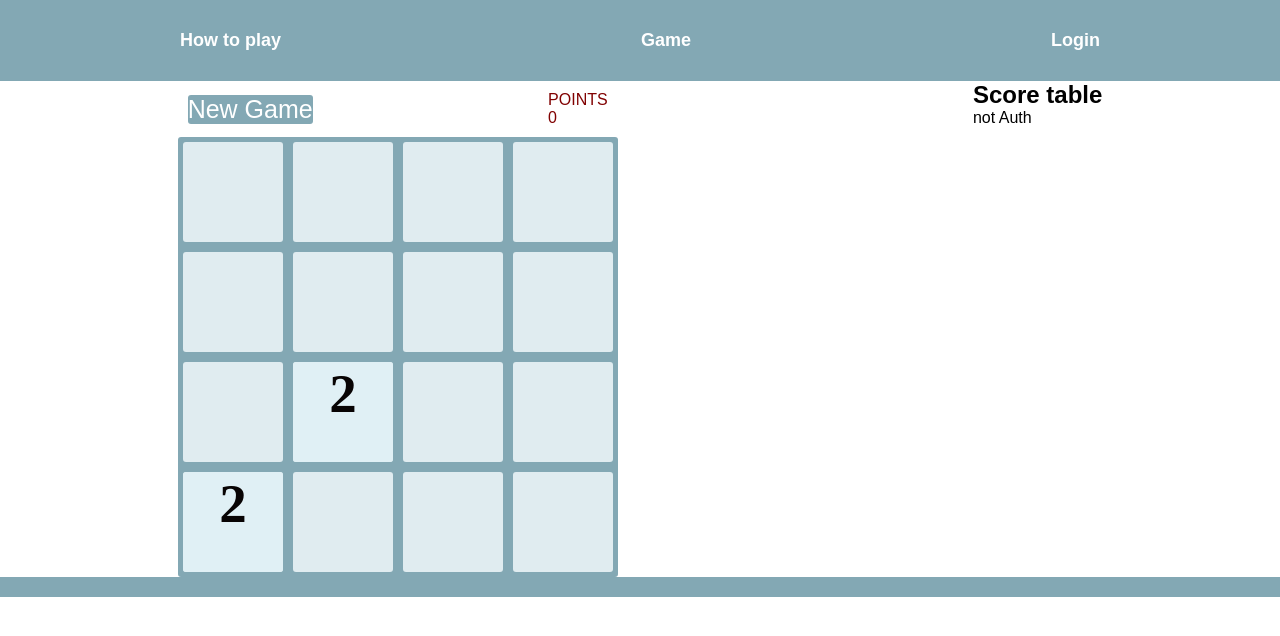
Repository: nika-otter/2048
Page: / (app in client/)
An editor plug-in stored every save of this project. The page is shown before and after the next save, followed by the edit.
The browser window is 1280 px wide. The pictures show the whole page.
The project was rebuilt for these pictures with package versions that can differ from the ones it lists, and the page was loaded fresh each time. Also part of the build but not shown: client/src/App.css, client/src/components/Login/LoginForm.js, client/src/pages/account/index.jsx, client/src/components/Game/GameOverlay.jsx, client/src/pages/Instruction/index.jsx, client/src/pages/Login/index.jsx. Imported but missing from the stored project, and not drawn on this page: client/src/components/InstructionPage/InstructionPage.

Above is the page before, as saved 2023-04-30 14:18:18.

### client/src/index.js
import React from "react";
import ReactDOM from "react-dom/client";
import "./index.css";
import App from "./App";
import { BrowserRouter } from "react-router-dom";
import Store from "./store/store";

const store = new Store();

export const Context = React.createContext({
  store,
});

const root = ReactDOM.createRoot(document.getElementById("root"));
root.render(
  <Context.Provider value={{ store }}>
    <BrowserRouter>
      <App />
    </BrowserRouter>
  </Context.Provider>
);

### client/src/index.css
* {
  box-sizing: border-box;
  margin: 0;
  padding: 0;
}
#root {
  width: 100vw;
  /* background-color: aquamarine; */
}

body {
  /* background-color: #ffffff;
  display: flex;
  justify-content: center;
  align-items: center;
  height: 100vh; */
}

code {
  font-family: source-code-pro, Menlo, Monaco, Consolas, "Courier New",
    monospace;
}

### client/src/App.js
import { useContext, useEffect, useState } from "react";
import "./App.css";
import LoginForm from "./components/Login/LoginForm";
import AppRouter from "./router/AppRouter";
import { Context } from "./index";
import { observer } from "mobx-react-lite";
import UserService from "./services/UserService";
function App() {
  // const { store } = useContext(Context);
  // const [users, setUsers] = useState([]);
  // useEffect(() => {
  //   if (localStorage.getItem("token")) {
  //     // console.log(localStorage.getItem("token"));
  //     store.checkAuth();
  //   }
  // }, []);

  // if (store.isLoading) {
  //   return <div>Loading...</div>;
  // }
  // async function getUsers() {
  //   try {
  //     const response = await UserService.fetchUsers();
  //     setUsers(response.data);
  //     console.log(response);
  //     setUsers(response.data);
  //   } catch {}
  // }
  return (
    <div className="App">
      <AppRouter />
      {/* <h1>{store.isAuth ? `User: ${store.user.email}` : "Not Auth"}</h1>
      <h1>
        {" "}
        {store.user.isActivated ? `Activated` : "Go and activate your email"}
      </h1>
      <button onClick={() => store.logout()}>Logout</button>
      <button onClick={getUsers}>Get users</button>
      {users.map((user) => (
        <div key={user.email}>{user.email}</div>
      ))}      */}
      {/* <LoginForm /> */}
    </div>
  );
}

export default observer(App);

### client/src/store/store.js
import { makeAutoObservable } from "mobx";
import AuthService from "../services/AuthService";
import axios from "axios";
import { API_URL } from "../http";
import UserService from "../services/UserService";

export default class Store {
  user = {};
  isAuth = false;
  isLoading = false;
  scores = {};
  constructor() {
    makeAutoObservable(this);
  }
  setAuth(bool) {
    this.isAuth = bool;
  }
  setUser(user) {
    this.user = user;
  }

  setLoading(bool) {
    this.isLoading = bool;
  }

  setScores(scores) {
    this.scores = scores;
  }

  async login(email, password) {
    console.log("login");
    try {
      const response = await AuthService.login(email, password);
      console.log(response);
      localStorage.setItem("token", response.data.accessToken);
      this.setAuth(true);
      this.setUser(response.data.user);
      console.log(response.data.user);
    } catch (e) {
      console.log(e.response?.data?.message);
    }
  }

  async registration(email, password) {
    try {
      const response = await AuthService.registration(email, password);
      console.log(response);
      localStorage.setItem("token", response.data.accessToken);
      this.setAuth(true);
      this.setUser(response.data.user);
    } catch (e) {
      console.log(e.response?.data?.message);
    }
  }

  async logout() {
    try {
      const response = await AuthService.logout();
      console.log(response);
      localStorage.removeItem("token", response.data.accessToken);
      this.setAuth(false);
      this.setUser({});
    } catch (e) {
      console.log(e.response?.data?.message);
    }
  }

  async checkAuth() {
    console.log("checkAuth");
    this.setLoading(true);
    try {
      const response = await axios.get(`${API_URL}/refresh`, {
        withCredentials: true,
      });
      console.log(response, "response checkAuth");
      console.log(
        response.data.accessToken,
        "response.data.accessToken checkAuth"
      );
      localStorage.setItem("token", response.data.accessToken);

      this.setAuth(true);
      this.setUser(response.data.user);
    } catch (e) {
      console.log(e.response?.data?.message);
    } finally {
      this.setLoading(false);
    }
  }

  async saveScore(email, score) {
    try {
      const response = await UserService.updateScore(email, score);
      //   this.scores = response.data.user.scores;
      console.log(response.data.user.scores);
    } catch (e) {
      console.log(e.response?.data?.message);
    }
  }
  async getScores(email) {
    this.setLoading(true);
    try {
      const response = await UserService.getScores(email);
      console.log(response, "response getScores store");
      this.setScores(response.data.user.scores);
      //   console.log(response.data.user.scores);
    } catch (e) {
      console.log(e.response?.data?.message);
    } finally {
      // this.setLoading(false);
    }
  }
}

### client/src/router/AppRouter.jsx
import { Routes, Route } from "react-router-dom";
import Account from "../pages/Account";
import Game from "../pages/Game";
import Instruction from "../pages/Instruction";
import Login from "../pages/Login";

const AppRouter = () => {
  return (
    <Routes>
      {/* <Route path="/game" element={<Game />} /> */}
      {/* <Route path="/account" element={<Account />} /> */}
      <Route path="/how-to-play" element={<Instruction />} />
      <Route path="/" element={<Game />} />
      <Route path="/login" element={<Login />} />
    </Routes>
  );
};

export default AppRouter;

### client/src/services/UserService.js
import $api from "../http";
export default class UserService {
  static fetchUsers() {
    return $api.get("/users");
  }

  static updateScore(email, score) {
    return $api.post(`/score`, { email, score });
  }

  static async getScores(email) {
    return $api.post(`/scores`, { email });
  }
}

### client/src/services/AuthService.js
import $api from "../http";
export default class AuthService {
  static async login(email, password) {
    return $api.post("/login", { email, password });
  }
  static async registration(email, password) {
    return $api.post("/registration", { email, password });
  }
  static async logout() {
    return $api.post("/logout");
  }
}

### client/src/http/index.js
import axios from "axios";

export const API_URL = "http://localhost:5000/api";

const $api = axios.create({
  withCredentials: true,
  baseURL: API_URL,
});

$api.interceptors.request.use((config) => {
  config.headers.Authorization = `Bearer ${localStorage.getItem("token")}`;
  return config;
});

$api.interceptors.response.use(
  (config) => {
    return config;
  },
  async (error) => {
    const originalRequest = error.config;
    if (
      error.response.status === 401 &&
      error.config &&
      !error.config._isRetry
    ) {
      originalRequest._isRetry = true;
      try {
        const response = await axios.get(`${API_URL}/refresh`, {
          withCredentials: true,
        });
        console.log(response, "response http");
        localStorage.setItem("token", response.data.accessToken);
        return $api.request(originalRequest);
      } catch (e) {
        console.log(e);
        console.log("НЕ АВТОРИЗОВАН");
      }
    }
    throw error;
  }
);
export default $api;

### client/src/pages/Game/index.jsx
import Header from "../../components/Header/Header";
import Footer from "../../components/Footer/Footer";
import GamePage from "../../components/GamePage/GamePage";

function Game() {
  return (
    <>
      <Header />
      <GamePage />
      <Footer />
    </>
  );
}

export default Game;

### client/src/components/Footer/Footer.jsx
import classes from "./Footer.module.scss";

function Footer() {
  return <footer className={classes.footer}></footer>;
}

export default Footer;

### client/src/components/Header/Header.jsx
import { Link } from "react-router-dom";
import classes from "./Header.module.scss";

function Header() {
  return (
    <header className={classes.header}>
      <Link className={classes.link} to="/how-to-play">
        How to play
      </Link>
      <Link className={classes.link} to="/">
        Game
      </Link>
      <Link className={classes.link} to="/login">
        Login
      </Link>
    </header>
  );
}

export default Header;

### client/src/components/GamePage/GamePage.jsx
import { Link } from "react-router-dom";
import classes from "./GamePage.module.scss";
import ScoreTable from "../ScoreTable/ScoreTable";
import BoardView from "../Game/Board";

function GamePage() {
  return (
    <div className={classes.gamepage}>
      <BoardView />
      <ScoreTable />
    </div>
  );
}

export default GamePage;

### client/src/components/Footer/Footer.module.scss
.footer {
  flex: 0 0 auto;
  height: 20px;
  background-color: rgb(131, 168, 180);
  width: 100%;
}

### client/src/components/Header/Header.module.scss
.header {
  display: flex;
  justify-content: space-around;
  background-color: #83a8b4;
  width: 100%;
}
.link {
  color: white;
  text-decoration: none;
  font-size: large;
  margin-top: 20px;
  margin-bottom: 20px;
  padding: 10px;
  font-weight: bold;
  border-radius: 5px;
  &:hover {
    color: rgb(106, 134, 144);
    background-color: rgb(255, 255, 255);
  }
}

### client/src/components/GamePage/GamePage.module.scss
.gamepage {
  display: flex;
  justify-content: space-around;
  //   background-color: aquamarine;
}

### client/src/components/ScoreTable/ScoreTable.jsx
import { useContext, useEffect, useState } from "react";
import classes from "./ScoreTable.module.scss";
import { Context } from "../..";
import UserService from "../../services/UserService";
import { observer } from "mobx-react-lite";

function ScoreTable() {
  // const { store } = useContext(Context);
  // const [scores, setScores] = useState([]);

  // useEffect(() => {
  //   if (localStorage.getItem("token")) {
  //     console.log(localStorage.getItem("token"), "token from login index.jsx");
  //     store.checkAuth();
  //     getScores(store.user.email);
  //   }
  //   console.log(store.user.email, "store.user.email in ScoreTable.jsx");
  // }, []);

  // const getScores = async (email) => {
  //   console.log(email, "email in ScoreTable.jsx");
  //   try {
  //     const response = await UserService.getScores(email);
  //     setScores(response.data.scores, "response from getScores ScoreTable.jsx");
  //     console.log(response);
  //   } catch {
  //     console.log("Error");
  //   }
  // };
  // console.log(scores, "store.user in ScoreTable.jsx");

  const { store } = useContext(Context);
  // const [scores, setScores] = useState([]);
  // console.log(store.user.scores, "store.user from login index.jsx");
  useEffect(() => {
    const checkAuth = async () => {
      if (localStorage.getItem("token")) {
        console.log(
          localStorage.getItem("token"),
          "token from login index.jsx"
        );
        await store.checkAuth();
      }
    };
    checkAuth();
    console.log(store.user.email, "store.user.email in ScoreTable.jsx");
    // getScores(store.user.email);
  }, []);

  // async function getScores(email) {
  //   console.log(email, "email from getScores");
  //   try {
  //     const response = await UserService.getScores(email);
  //     // setUsers(response.data);
  //     console.log(response, "response from getScores");
  //     // console.log(response.data.data.user.scores, "response.data.user.scores");
  //     // setScores(response.data.scores);
  //   } catch (e) {
  //     console.log(e, "Error");
  //   }
  // }
  if (store.isLoading) {
    console.log(store.isLoading, "store.isLoading");
    return <div>Loading...</div>;
  }
  return (
    <div className={classes.footer}>
      <h2>Score table</h2>
      {/* <button onClick={() => getScores(store.user.email)}>Get scores</button> */}
      {/* {store.isAuth ? (
        scores.map((score) => <div key={score}>{score}</div>)
      ) : (
        <div>loading</div>
      )} */}
      <ul>
        {store.isAuth ? (
          store.user.scores
            .map((score) => ({
              score,
              id: Math.random(),
            }))
            .sort((a, b) => b.score - a.score)
            .map((item) => <li key={item.id}>{item.score}</li>)
        ) : (
          <div>not Auth</div>
        )}
      </ul>

      {/* <button onClick={getScores}>dddmdmd</button> */}

      {/* {scores.map((score) => (
        <div>{score}</div>
      ))} */}
    </div>
  );
}

export default observer(ScoreTable);

### client/src/components/Game/Board.jsx
import React, { useContext, useState } from "react";
import Tile from "./Tile";
import Cell from "./Cell";
import { Board } from "../../helper";
import useEvent from "../../hooks/useEvent";
import GameOverlay from "./GameOverlay";
import "./Board.scss";
import { Context } from "../..";
import UserService from "../../services/UserService";
const BoardView = () => {
  const { store } = useContext(Context);
  const [board, setBoard] = useState(new Board());

  const handleKeyDown = (event) => {
    if (board.hasWon()) {
      return;
    } //потім вернути треба

    if (event.keyCode >= 37 && event.keyCode <= 40) {
      let direction = event.keyCode - 37;
      let boardClone = Object.assign(Object.create(board), board);
      // let boardClone = Object.assign(
      //   Object.create(Object.getPrototypeOf(board)),
      //   board
      // ); // теж саме що і вище
      let newBoard = boardClone.move(direction);
      setBoard(newBoard);
    }
  };

  useEvent("keydown", handleKeyDown);

  const cells = board.cells.map((row, rowIndex) => {
    return (
      <div key={rowIndex}>
        {row.map((col, colIndex) => {
          return <Cell key={rowIndex * board.size + colIndex} />;
        })}
      </div>
    );
  }); //робить клітинки нічого серйозного

  const tiles = board.tiles
    .filter((tile) => tile.value !== 0)
    .map((tile, index) => {
      return <Tile tile={tile} key={index} />;
    });

  const saveScore = async (email, score) => {
    try {
      const response = await UserService.updateScore(email, score);
      console.log(response, "response from saveScore ");
    } catch {
      console.log("Error");
    }
  };
  const resetGame = () => {
    console.log(
      store.user.email,
      board.score,
      "store.user.email board.score from BoardView.jsx"
    );
    saveScore(store.user.email, board.score);
    setBoard(new Board());
  };

  return (
    <div>
      <div className="details-box">
        <div className="resetButton" onClick={resetGame}>
          New Game
        </div>
        <div className="score-box">
          <div className="score-header">POINTS</div>
          <div>{board.score}</div>
        </div>
      </div>
      <div className="board">
        {cells}
        {tiles}
        <GameOverlay onRestart={resetGame} board={board} />
      </div>
    </div>
  );
};

export default BoardView;

### client/src/components/Game/Tile.jsx
import React from "react";
// import classes from "./Board.scss";
import "./Board.scss";
// import "./styles.scss";

const Tile = ({ tile, id }) => {
  console.log("tile");
  let classArray = ["tile"];
  classArray.push("tile" + tile.value);
  if (!tile.mergedInto) {
    classArray.push(`position_${tile.row}_${tile.column}`);
  }
  if (tile.mergedInto) {
    classArray.push("merged");
  }
  if (tile.isNew()) {
    classArray.push("new");
  }

  if (tile.hasMoved()) {
    classArray.push(`row_from_${tile.fromRow()}_to_${tile.toRow()}`);
    classArray.push(`column_from_${tile.fromColumn()}_to_${tile.toColumn()}`);
    classArray.push("isMoving");
  }
  //   if (tile.isRandom()) {
  //     classArray.push("random");
  //   }

  let styles = classArray.join(" ");
  return <span className={styles}>{tile.value}</span>;
};

export default Tile;

### client/src/components/Game/Cell.jsx
import React from "react";

const Cell = ({ id }) => {
  return <span className="cell"></span>;
};

export default Cell;

### client/src/hooks/useEvent.jsx
import { useEffect } from "react";

export default function useEvent(event, handler, passive = false) {
  useEffect(() => {
    window.addEventListener(event, handler, passive);

    return function cleanUp() {
      window.removeEventListener(event, handler, passive);
    };
  });
}

### client/src/components/Game/Board.scss
// @font-face {
//   font-family: "Clear Sans";
//   src: url("../src/clear-sans.ttf") format("truetype");
// }

body {
  display: flex;
  //   background: rgb(2,0,36);
  // background: linear-gradient(90deg, rgba(2,0,36,1) 0%, rgba(87,64,124,1) 47%, rgba(0,212,255,1) 100%);
  //   color: white;
  // flex-direction: column;
  // justify-content: center;
  // align-content: center;
  // align-items: center;
  font-family: "Clear Sans", sans-serif;
  // font-size: 21px;
}

.text {
  // order: 2;
  // padding-top: 40px;
  // width: 440px;
  // font-weight: bold;
}
// main {
//   min-height: 90vh;
// }

// .wrapper {
//   display: flex;
//   flex-direction: column;
//   height: 100%;
// }
// .content {
//   flex: 1 0 auto;
// }
// .footer {
//   flex: 0 0 auto;
// }

.board {
  // order: 1;
  // display: inline-block;

  display: block;
  // justify-content: center;
  margin-left: auto;
  margin-right: auto;
  width: 440px;
  height: 440px;
  // padding: 5px; //вернути треба
  background-color: rgb(131, 168, 180);
  border-radius: 3px;
  // outline: none;
  position: relative;
}

// .board .cell,
// .tile {
//   // user-select: none;
//   // cursor: default;
// }

.details-box {
  display: flex;
  align-items: center;
  padding: 10px;
  justify-content: space-between;
}

.resetButton {
  background-color: rgb(131, 168, 180);
  color: rgb(255, 255, 255);
  cursor: pointer;
  font-size: 25px;
  // padding: 10px 20px;
  border-radius: 3px;
  transition: color 0.3s ease, background-color 0.3s ease;
  &:hover {
    background-color: rgb(131, 168, 180);
    color: rgba(255, 255, 255, 1);
  }
}

.score-header {
  font-size: 1rem;
}

.score-box {
  background-color: rgb(131, 168, 180) 6;
  color: rgb(129, 2, 2);
  // min-width: 50px;
  // width: 70px;
  // padding: 5px 15px;
  border-radius: 3px;
}

.cell,
.tile {
  // display: inline-block;
  width: 100px;
  height: 100px;
  margin: 5px;
  // line-height: 90px;
  display: inline-block;
  font-size: 55px;
  font-weight: bold;
  text-align: center;
  vertical-align: middle;
  border-radius: 3px;
  font-family: "Clear Sans";
  color: rgb(8, 4, 4);
  background-color: rgb(224, 236, 240);
}

.tile0 {
  background-color: rgb(238, 247, 249);
}

.tile2 {
  background-color: rgb(224, 240, 245);
  // background-image: url(./assets/img/2.gif);
}

.tile4 {
  background-color: rgb(199, 221, 228);
  // background-image: url(./assets/img/4.gif);
}

.tile8 {
  background-color: rgb(187, 212, 220);
  // background-image: url(./assets/img/8.gif);
}

.tile16 {
  background-color: rgb(171, 195, 203);
  // background-image: url(./assets/img/16.gif);
}

.tile32 {
  background-color: rgb(140, 165, 174);
  // background-image: url(./assets/img/32.gif);
}

.tile64 {
  background-color: rgb(116, 144, 153);
  // background-image: url(./assets/img/64.gif);
}

.tile128 {
  background-color: rgb(98, 125, 134);
  // background-image: url(./assets/img/128.gif);
}

.tile256 {
  background-color: rgb(71, 91, 98);
  // background-image: url(./assets/img/256.gif);
  font-size: 45px;
}

.tile512 {
  background-color: rgb(45, 68, 75);
  // background-image: url(./assets/img/512.gif);
  font-size: 45px;
}

.tile1024 {
  background-color: rgb(40, 68, 78);
  // background-image: url(./assets/img/1024.gif);
  font-size: 35px;
}

.tile2048 {
  position: absolute;
  background-size: contain;
  left: 0;
  right: 0;
  top: 0;
  bottom: 0;
  padding: 0px;
  background-color: rgb(12, 42, 52);
  // background-image: url(./assets/img/2048.gif);
  font-size: 35px;
}

.try-again {
  z-index: 10;
  height: 100px;
  width: 100px;
  // background-image: url(./assets/img/try-again.gif);
}

.tile {
  position: absolute;
}

.tile.merged {
  display: none;
}

// .tile.merged.isMoving {
//   display: inline;
// }

.tile.new {
  animation-duration: 0.3s;
  animation-name: newTile;
  animation-fill-mode: forwards;
  // animation-delay: 0.15s;
  transform: scale(0);
}
// .tile.random {
//   animation-duration: 3s;
//   animation-name: newTile;
//   animation-fill-mode: forwards;
//   // animation-delay: 0.15s;
//   transform: scale(0);
// }

@keyframes newTile {
  from {
    transform: scale(0);
  }
  to {
    transform: scale(1);
  }
}

// .overlay {
//   position: absolute;
//   top: 0px;
//   bottom: 0px;
//   display: flex;
//   flex-direction: column;
//   align-items: center;
//   justify-content: center;
//   text-align: center;
//   left: 0px;
//   right: 0px;
//   font-size: 55px;
//   font-weight: bolder;
//   border-radius: 7px;
// }

// .tryAgain {
//   background-color: #876;
//   color: #fff;
//   height: 40px;
//   width: 200px;
//   font-size: 20px;
//   font-weight: bold;
//   cursor: pointer;
//   border: none;
//   border-radius: 5px;
//   border: 2px solid white;
// }

// .gameOver {
//   background-size: contain;
//   background-image: url(./assets/img/game-over.gif);
//   position: absolute;
//   top: 0;
//   right: 0;
//   bottom: 0;
//   left: 0;
//   z-index: 100;
//   text-align: center;
// }

.overlay .message {
  color: #666;
}

@for $row from 0 through 3 {
  @for $column from 0 through 3 {
    .position_#{$row}_#{$column}:not(.isMoving) {
      top: 110px * $row;
      left: 110px * $column;
    }
  }
}

@for $fromRow from 0 through 3 {
  @for $toRow from 0 through 3 {
    $name: row_from_#{$fromRow}_to_#{$toRow};

    @if $fromRow == $toRow {
      .#{$name} {
        top: 110px * $toRow;
      }
    } @else {
      .#{$name} {
        animation-duration: 0.2s;
        animation-name: $name;
        animation-fill-mode: forwards;
      }

      @keyframes #{$name} {
        from {
          top: 110px * $fromRow;
        }
        to {
          top: 110px * $toRow;
        }
      }
    }
  }
}

@for $fromColumn from 0 through 3 {
  @for $toColumn from 0 through 3 {
    $name: column_from_#{$fromColumn}_to_#{$toColumn};

    @if $fromColumn == $toColumn {
      .#{$name} {
        left: 110px * $toColumn;
      }
    } @else {
      .#{$name} {
        animation-duration: 0.2s;
        animation-name: $name;
        animation-fill-mode: forwards;
      }

      @keyframes #{$name} {
        from {
          left: 110px * $fromColumn;
        }
        to {
          left: 110px * $toColumn;
        }
      }
    }
  }
}

### client/src/components/ScoreTable/ScoreTable.module.scss
.scoretable {
  margin: 20px;
}

Loaded but not shown: client/public/index.html (common file); client/src/helper/index.js (231 lines, source omitted)

After the next save:
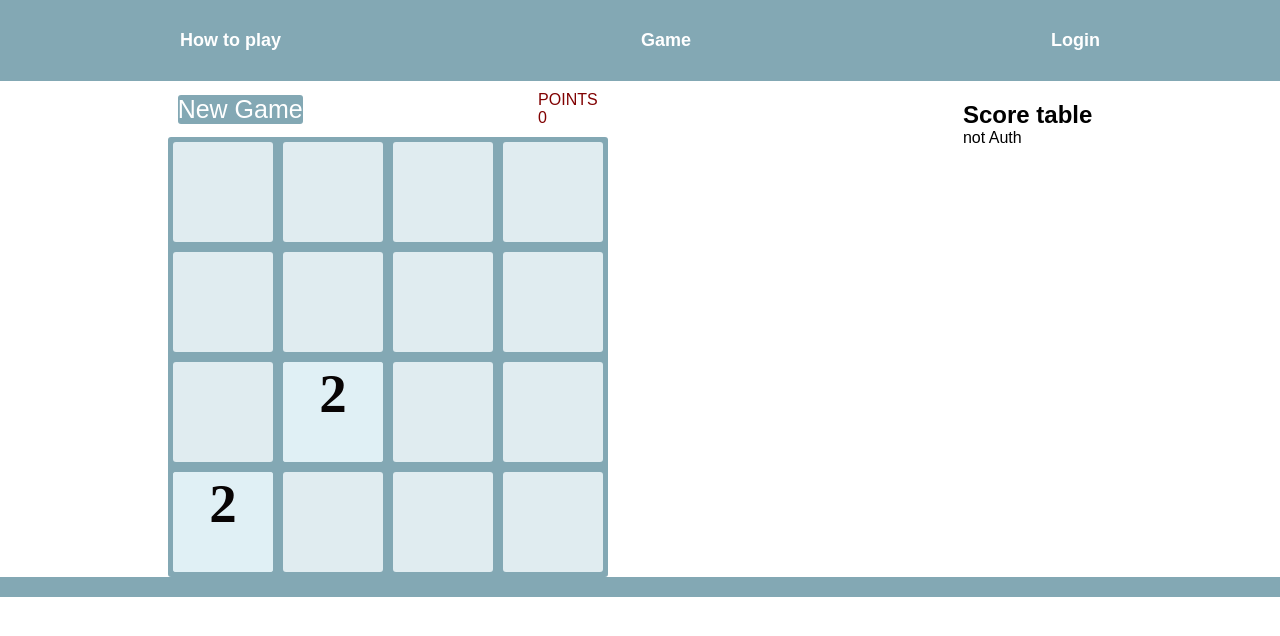
Saved 18 s later.
--- a/client/src/components/ScoreTable/ScoreTable.jsx
+++ b/client/src/components/ScoreTable/ScoreTable.jsx
@@ -64,7 +64,7 @@ function ScoreTable() {
     return <div>Loading...</div>;
   }
   return (
-    <div className={classes.footer}>
+    <div className={classes.scoretable}>
       <h2>Score table</h2>
       {/* <button onClick={() => getScores(store.user.email)}>Get scores</button> */}
       {/* {store.isAuth ? (
